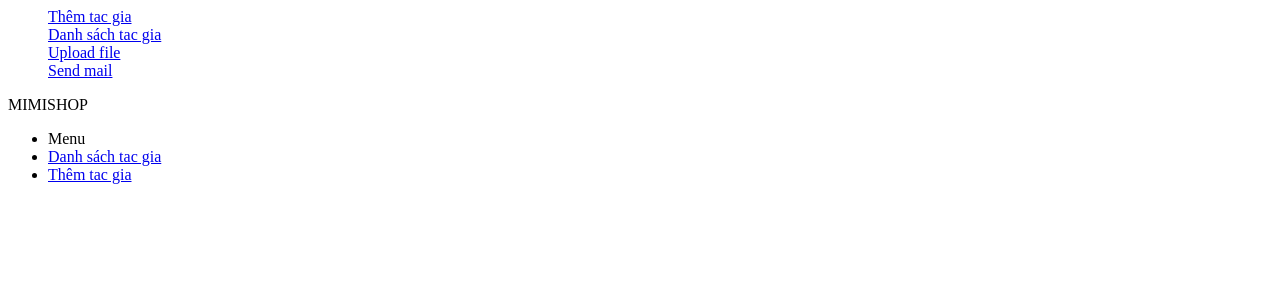
Repository: thienlong9317/testRepo
Page: http://localhost/SpringJDBC/WEB-INF/templates/thuc-don.jsp
The author's editor kept a copy of each file at every save. The page is drawn from the files as they stood at one save, then again after the next save.
The browser window is 1280 px wide. The pictures show the whole page.
The page is served by Tomcat 9. Nobody is signed in. The template is opened directly, without the code that normally fills it, so the values that code supplies are empty.

Above is the page before, as saved 2020-12-23 03:19:23.

After the next save:
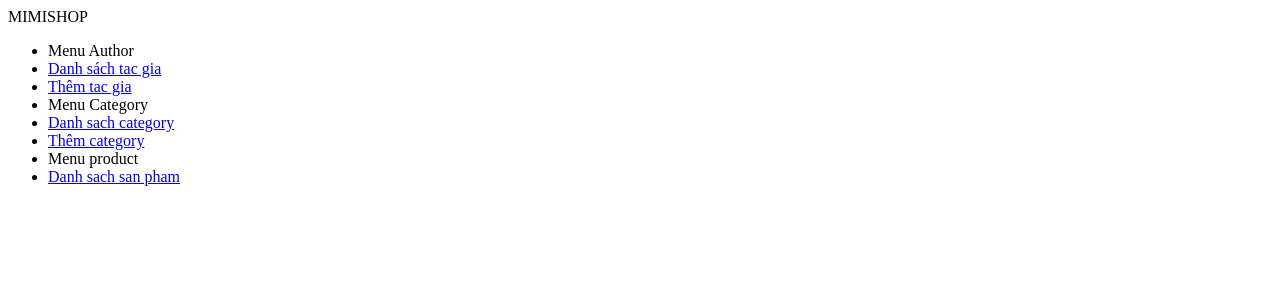
Saved 11 s later.
--- a/eclipse_wp/SpringJDBC/WebContent/WEB-INF/templates/thuc-don.jsp
+++ b/eclipse_wp/SpringJDBC/WebContent/WEB-INF/templates/thuc-don.jsp
@@ -1,18 +1,18 @@
 <%@ page language="java" contentType="text/html; charset=UTF-8"
     pageEncoding="UTF-8"%>
-<ul style="list-style-type:none;text-align:left">
+<%-- <ul style="list-style-type:none;text-align:left">
 	<li><a href="${pageContext.request.contextPath}/author/them">Thêm tac gia</a></li>
 	<li><a href="${pageContext.request.contextPath}/author/danh-sach">Danh sách tac gia</a></li>
 	<li><a href="${pageContext.request.contextPath}/upload-file">Upload file</a></li>
 	<li><a href="${pageContext.request.contextPath}/send-mail">Send mail</a></li>
-</ul>
+</ul> --%>
 
 <div class="sidebar-container">
   <div class="sidebar-logo">
     MIMISHOP
   </div>
   <ul class="sidebar-navigation">
-    <li class="header">Menu</li>
+    <li class="header">Menu Author</li>
     <li>
       <a href="${pageContext.request.contextPath}/author/danh-sach">
         <i class="fa fa-home" aria-hidden="true"></i> Danh sách tac gia
@@ -21,6 +21,23 @@
     <li>
       <a href="${pageContext.request.contextPath}/author/them">
         <i class="fa fa-tachometer" aria-hidden="true"></i> Thêm tac gia
+      </a>
+    </li>
+    <li class="header">Menu Category</li>
+    <li>
+      <a href="${pageContext.request.contextPath}/category/danhsach">
+        <i class="fa fa-tachometer" aria-hidden="true"></i> Danh sach category
+      </a>
+    </li>
+    <li>
+      <a href="${pageContext.request.contextPath}/category/add">
+        <i class="fa fa-tachometer" aria-hidden="true"></i> Thêm category
+      </a>
+    </li>
+    <li class="header">Menu product</li>
+    <li>
+      <a href="${pageContext.request.contextPath}/home/danhsach">
+        <i class="fa fa-tachometer" aria-hidden="true"></i> Danh sach san pham
       </a>
     </li>
    <!--  <li class="header">Another Menu</li>
